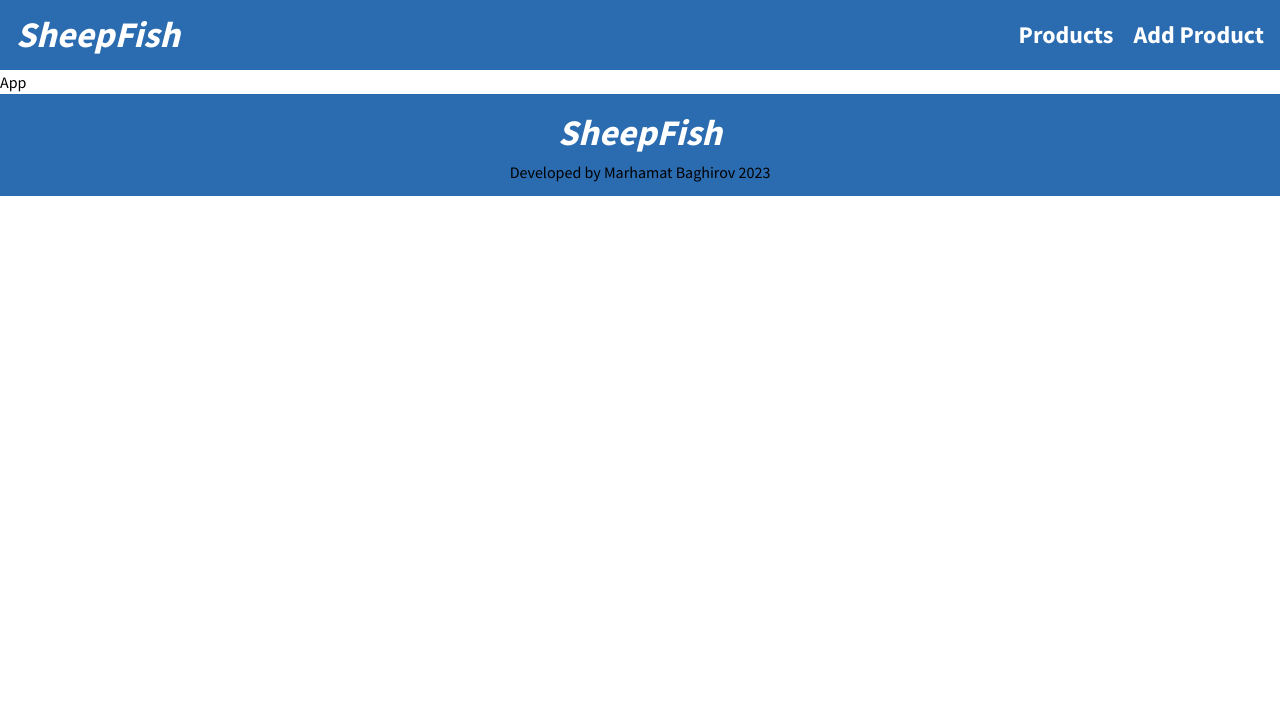
Repository: Marhamat92/sheep-fish-task
Page: /products
These files come from the project's save history. The page is drawn as it stood at one moment and after the next save; the edit follows.
The browser window is 1280 px wide. The pictures show the whole page.
The project was rebuilt for these pictures with package versions that can differ from the ones it lists, and the page was loaded fresh each time. Also part of the build but not shown: src/App.css.

Above is the page before, as saved 2023-03-28 01:36:29.

### public/index.html
<!DOCTYPE html>
<html lang="en">

<head>
  <meta charset="utf-8" />
  <link rel="icon" href="%PUBLIC_URL%/favicon.ico" />
  <meta name="viewport" content="width=device-width, initial-scale=1" />
  <meta name="theme-color" content="#000000" />
  <meta name="description" content="Web site created using create-react-app" />
  <link rel="apple-touch-icon" href="%PUBLIC_URL%/logo192.png" />
  <link rel="preconnect" href="https://fonts.googleapis.com">
  <link rel="preconnect" href="https://fonts.gstatic.com" crossorigin>
  <link href="https://fonts.googleapis.com/css2?family=Source+Sans+Pro:wght@200;300;400;600;700;900&display=swap"
    rel="stylesheet">
  <!--
      manifest.json provides metadata used when your web app is installed on a
      user's mobile device or desktop. See https://developers.google.com/web/fundamentals/web-app-manifest/
    -->
  <link rel="manifest" href="%PUBLIC_URL%/manifest.json" />
  <!--
      Notice the use of %PUBLIC_URL% in the tags above.
      It will be replaced with the URL of the `public` folder during the build.
      Only files inside the `public` folder can be referenced from the HTML.

      Unlike "/favicon.ico" or "favicon.ico", "%PUBLIC_URL%/favicon.ico" will
      work correctly both with client-side routing and a non-root public URL.
      Learn how to configure a non-root public URL by running `npm run build`.
    -->
  <title>SheepFish</title>
</head>

<body>
  <noscript>You need to enable JavaScript to run this app.</noscript>
  <div id="root"></div>
  <!--
      This HTML file is a template.
      If you open it directly in the browser, you will see an empty page.

      You can add webfonts, meta tags, or analytics to this file.
      The build step will place the bundled scripts into the <body> tag.

      To begin the development, run `npm start` or `yarn start`.
      To create a production bundle, use `npm run build` or `yarn build`.
    -->
</body>

</html>

### src/index.css
@tailwind base;
@tailwind components;
@tailwind utilities;


body {
  font-family: 'Source Sans Pro', sans-serif;
}

code {
  font-family: 'Source Sans Pro', sans-serif;
}

### src/App.tsx
import React from "react";
import logo from "./logo.svg";
import "./App.css";
import Header from "./components/Header";
import Layout from "./Layout/Layout";

function App() {
  return (
    <div>
      <Layout>
        <div>App</div>
      </Layout>
    </div>
  );
}

export default App;

### src/Layout/Layout.tsx
import React from "react";
import Header from "../components/Header";
import Footer from "../components/Footer";

type Props = {
  children: React.ReactNode;
};

const Layout = ({ children }: Props) => {
  return (
    <div>
      <Header />
      {children}
      <Footer />
    </div>
  );
};

export default Layout;

### src/components/Header.tsx
import React, { useEffect, useState } from "react";
import { Link } from "react-router-dom";
import { BiMenu } from "react-icons/bi";

type Props = {};

const Header = (props: Props) => {
  const [mobileMenu, setMobileMenu] = useState(false);
  const [showMobileMenu, setShowMobileMenu] = useState(false);

  const checkScreenSize = () => {
    if (window.innerWidth <= 768) {
      setMobileMenu(true);
    } else {
      setMobileMenu(false);
      setShowMobileMenu(false);
    }
  };

  useEffect(() => {
    checkScreenSize();
    window.addEventListener("resize", checkScreenSize);
    return () => {
      window.removeEventListener("resize", checkScreenSize);
    };
  }, [mobileMenu]);

  return (
    <div className=' bg-mainPrimary '>
      <div className='container flex flex-row justify-between items-center py-2'>
        <div>
          <h1
            className='
            text-4xl font-bold text-white italic
          '
          >
            SheepFish
          </h1>
        </div>
        {mobileMenu ? (
          <BiMenu
            onClick={() => {
              setShowMobileMenu(true);
            }}
            className='text-3xl text-white'
          />
        ) : (
          <div className='flex flex-row justify-between space-x-5'>
            <div
              className='text-2xl font-bold text-white hover:underline transition-all duration-300
          cursor-pointer'
            >
              Products
            </div>
            <div className='text-2xl font-bold text-white hover:underline transition-all duration-300 cursor-pointer'>
              Add Product
            </div>
          </div>
        )}
        {showMobileMenu && (
          <div className='bg-mainTertiary h-screen absolute top-0 left-0 right-0 '>
            <div className='flex flex-col justify-center items-center'>
              <div className='text-2xl font-bold text-white hover:underline transition-all duration-300 cursor-pointer'>
                Products
              </div>
              <div className='text-2xl font-bold text-white hover:underline transition-all duration-300 cursor-pointer'>
                Add Product
              </div>
            </div>
          </div>
        )}
      </div>
    </div>
  );
};

export default Header;

### src/components/Footer.tsx
import React from "react";

type Props = {};

const Footer = ({}: Props) => {
  return (
    <div className='bg-mainPrimary py-3 bottom-0'>
      <div className='container mx-auto flex flex-col items-center justify-center'>
        <h1 className='text-4xl font-bold text-white italic text-center'>
          SheepFish
        </h1>
        <h1>Developed by Marhamat Baghirov {new Date().getFullYear()}</h1>
      </div>
    </div>
  );
};

export default Footer;

### tailwind.config.js
/** @type {import('tailwindcss').Config} */
module.exports = {
  content: ["./src/**/*.{js,jsx,ts,tsx}",],
  theme: {
    extend: {
      colors: {
        "textPrimary": "#1a202c",
        "textSecondary": "#2d3748",
        "textTertiary": "#4a5568",
        "mainPrimary": "#2b6cb0",
        "mainSecondary": "#4299e1",
        "mainTertiary": "#63b3ed",
        "success": "#48bb78",
        "danger": "#e53e3e",
        "warning": "#dd6b20",
        "info": "#3182ce",
        "light": "#f7fafc",
        "dark": "#1a202c",
        "white": "#fff",
        "black": "#000",
        //close this
      },
      fontFamily: {
        sans: ["Roboto", "sans-serif"],
      },
      fontSize: {
        "xs": ".75rem",
        "sm": ".875rem",
        "tiny": ".875rem",
        "base": "1rem",
        "lg": "1.125rem",
        "xl": "1.25rem",
        "2xl": "1.5rem",
        "3xl": "1.875rem",
        "4xl": "2.25rem",
        "5xl": "3rem",
        "6xl": "4rem",
        "7xl": "5rem",
        "8xl": "6rem",
        "9xl": "7rem",
        "10xl": "8rem",
      },
      spacing: {
        "0": "0",
        "1": "0.25rem",
        "2": "0.5rem",
        "3": "0.75rem",
        "4": "1rem",
        "5": "1.25rem",
        "6": "1.5rem",
        "8": "2rem",
      },
      boxShadow: {
        "xs": "0 0 0 1px rgba(0, 0, 0, 0.05)",
        "sm": "0 1px 2px 0 rgba(0, 0, 0, 0.05)",
        "default": "0 1px 3px 0 rgba(0, 0, 0, 0.1), 0 1px 2px 0 rgba(0, 0, 0, 0.06)",
        "md": "0 4px 6px -1px rgba(0, 0, 0, 0.1), 0 2px 4px -1px rgba(0, 0, 0, 0.06)",
        "lg": "0 10px 15px -3px rgba(0, 0, 0, 0.1), 0 4px 6px -2px rgba(0, 0, 0, 0.05)",
        "xl": "0 20px 25px -5px rgba(0, 0, 0, 0.1), 0 10px 10px -5px rgba(0, 0, 0, 0.04)",
        "2xl": "0 25px 50px -12px rgba(0, 0, 0, 0.25)",
      },
      screens: {
        "xs": "320px",
        "sm": "640px",
        "md": "768px",
        "lg": "1024px",
        "xl": "1280px",
        "2xl": "1536px",
      },

      container: {
        center: true,
        padding: "1rem",
      },

    },
    plugins: [




    ],
  }
}

Loaded but not shown: src/index.tsx (common file); src/reportWebVitals.ts (common file)

After the next save:
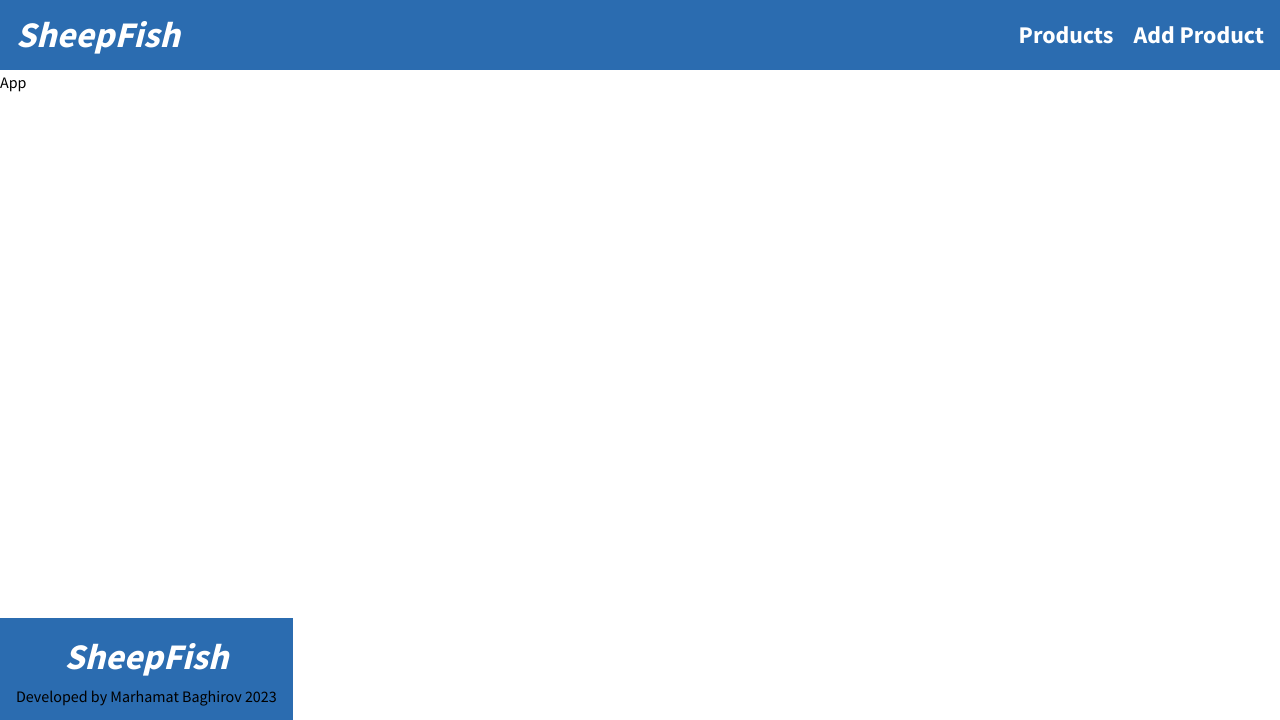
Saved 5 s later.
--- a/src/components/Footer.tsx
+++ b/src/components/Footer.tsx
@@ -4,7 +4,7 @@
 
 const Footer = ({}: Props) => {
   return (
-    <div className='bg-mainPrimary py-3 bottom-0'>
+    <div className='bg-mainPrimary py-3 bottom-0 absolute'>
       <div className='container mx-auto flex flex-col items-center justify-center'>
         <h1 className='text-4xl font-bold text-white italic text-center'>
           SheepFish

After the 2 saves that followed:
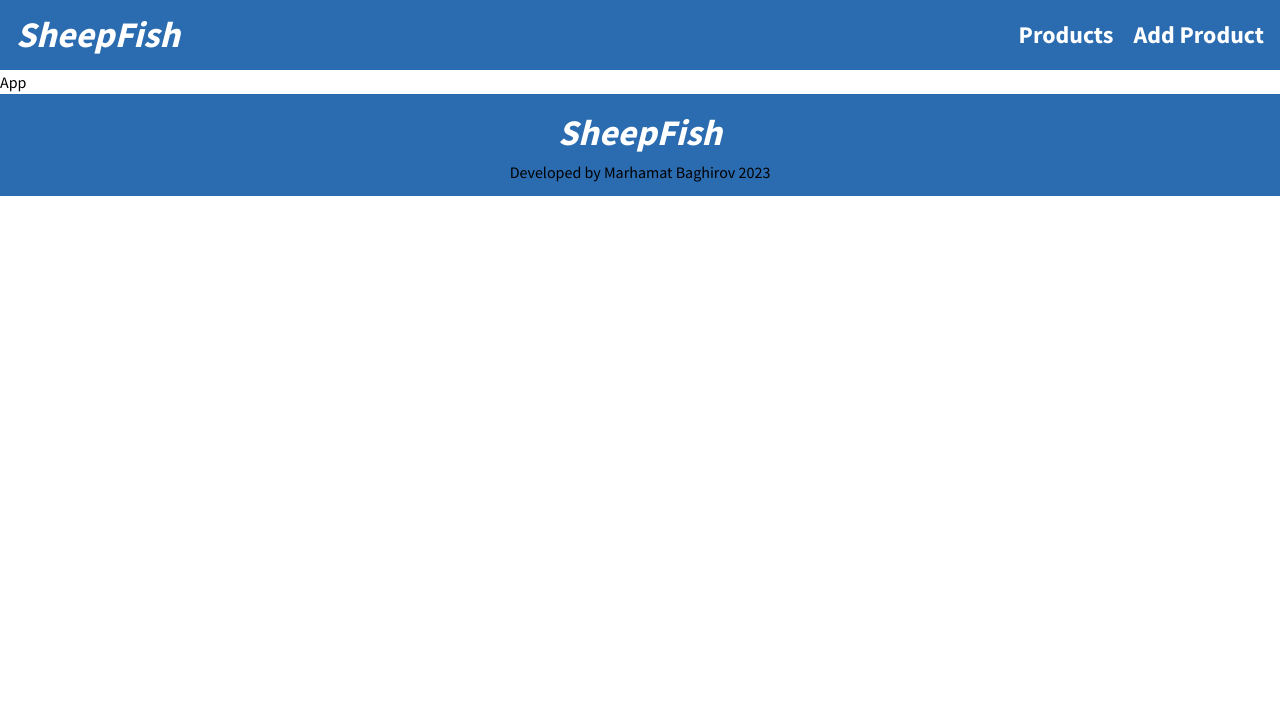
The 2 saves are shown as one change because 1 left the picture as it was.
The last was saved 11 s later.
--- a/src/components/Footer.tsx
+++ b/src/components/Footer.tsx
@@ -4,7 +4,7 @@
 
 const Footer = ({}: Props) => {
   return (
-    <div className='bg-mainPrimary py-3 bottom-0 absolute'>
+    <div className='bg-mainPrimary py-3 bottom-0 static'>
       <div className='container mx-auto flex flex-col items-center justify-center'>
         <h1 className='text-4xl font-bold text-white italic text-center'>
           SheepFish
